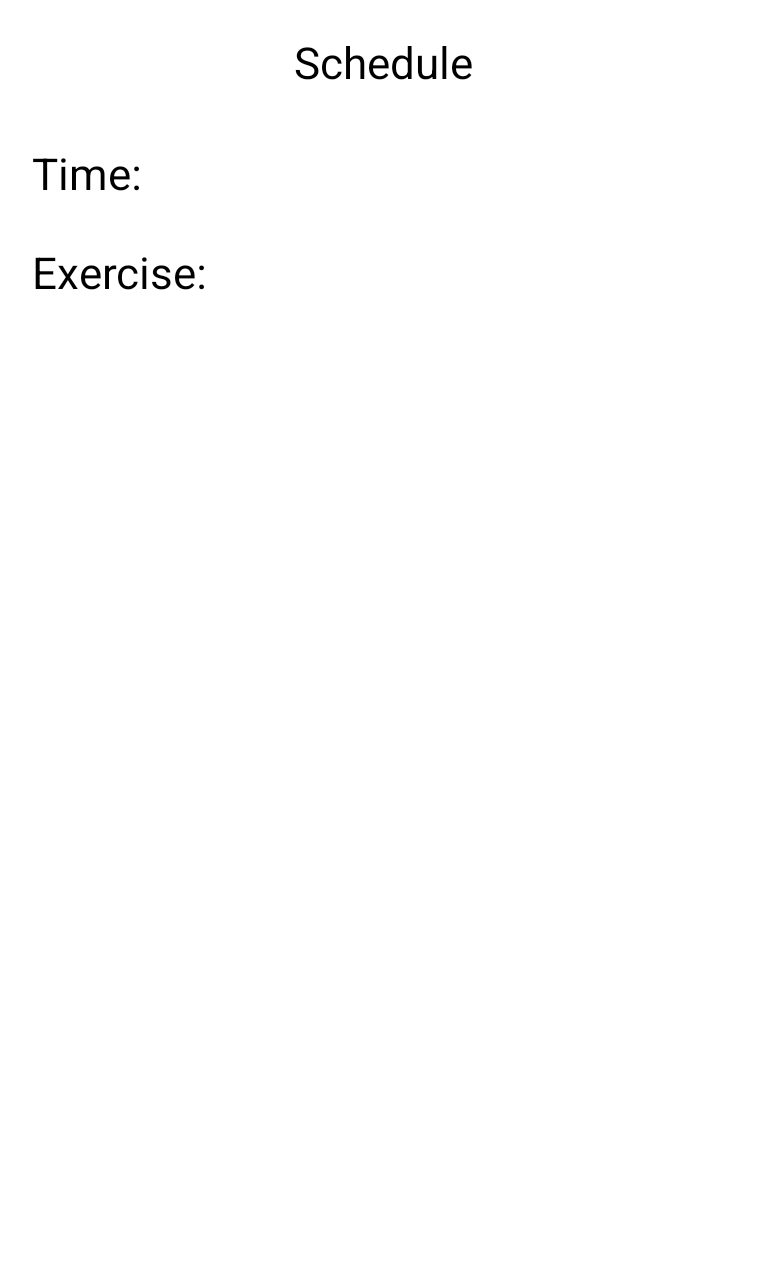
Repository: zi-yang-zhang/ECSE424-Group8
Layout: Hi Fi Prototype/ReHand/ReHand/res/layout/activity_schedule_page.xml
An editor plug-in stored every save of this project. The layout is shown before and after the next save, followed by the edit.
It is drawn on a 768 x 1280 px phone screen (xhdpi) without system bars, with theme AppTheme; the app's code is not run.

Above is the layout before, as saved 2014-02-20 04:54:27.

### Hi Fi Prototype/ReHand/ReHand/res/layout/activity_schedule_page.xml
<RelativeLayout xmlns:android="http://schemas.android.com/apk/res/android"
    xmlns:tools="http://schemas.android.com/tools"
    android:layout_width="match_parent"
    android:layout_height="match_parent"
    android:paddingBottom="@dimen/activity_vertical_margin"
    android:paddingLeft="@dimen/activity_horizontal_margin"
    android:paddingRight="@dimen/activity_horizontal_margin"
    android:paddingTop="@dimen/activity_vertical_margin"
    tools:context=".SchedulePage" >

    <TextView
        android:id="@+id/textView3"
        android:layout_width="wrap_content"
        android:layout_height="wrap_content"
        android:layout_alignParentTop="true"
        android:layout_centerHorizontal="true"
        android:text="@string/schedule"
        android:textAppearance="?android:attr/textAppearanceLarge" />

    <TextView
        android:id="@+id/textView2"
        android:layout_width="wrap_content"
        android:layout_height="wrap_content"
        android:layout_alignParentLeft="true"
        android:layout_below="@+id/textView1"
        android:layout_marginTop="20dp"
        android:text="@string/schedule_exercise"
        android:textAppearance="?android:attr/textAppearanceLarge" />

    <TextView
        android:id="@+id/textView1"
        android:layout_width="wrap_content"
        android:layout_height="wrap_content"
        android:layout_alignLeft="@+id/textView2"
        android:layout_below="@+id/textView3"
        android:layout_marginTop="26dp"
        android:text="@string/schedule_time"
        android:textAppearance="?android:attr/textAppearanceLarge" />

</RelativeLayout>

### Hi Fi Prototype/ReHand/ReHand/res/values/strings.xml
<?xml version="1.0" encoding="utf-8"?>
<resources>

    <string name="app_name">ReHand</string>
    <string name="action_settings">Settings</string>
    <string name="hello_world">Hello world!</string>
    <string name="greeting_words">Welcome To ReHand</string>
    <string name="touch_screen_instructions">Tap on either button to continue</string>
    <string name="sign_up">Sign Up now!</string>
    <string name="log_in">Log In!</string>
    <string name="title_activity_home_page">HomePage</string>
    <string name="greeting_home_page">Welcome Back!</string>
    <string name="exercises">Exercises</string>
    <string name="schedule">Schedule</string>
    <string name="title_activity_exercise_list_page">ExerciseListPage</string>
    <string name="title_activity_schedule_page">SchedulePage</string>
    <string name="exercise_botton_text_claw_stretch">Claw Stretch</string>
    <string name="title_activity_claw_stretch_page">ClawStretchPage</string>
    <string name="exercise_level_text">"Level: "</string>
    <string name="claw_stretch_level">I</string>
    <string name="exercise_botton_schedule">Schedule</string>
    <string name="exercise_tutorial_check_box">Show Tutorial?</string>
    <string name="exercise_start_botton_text">Start!</string>
    <string name="title_activity_claw_stretch_exercise">ClawStretchExercise</string>
    <string name="test_end_game">End Game</string>
    <string name="title_activity_claw_stretch_tutorial_page">ClawStretchTutorialPage</string>
    <string name="title_activity_claw_stretch_result">ClawStretchResult</string>
    <string name="exercise_text_arm_rotation">Arm Rotation</string>
    <string name="excercise_text_elbow_extension">Elbow Extension</string>
    <string name="arm_rotation_level">I</string>
    <string name="elbow_extension_level">I</string>
    <string name="exercise_text_finger_grip">Finger Grip</string>
    <string name="finger_grip_level">I</string>
    <string name="exercise_text_open_and_close">Open And Close</string>
    <string name="open_and_close_level">I</string>
    <string name="exercise_text_finger_lift">Finger Lift</string>
    <string name="finger_lift_level">I</string>
    <string name="exercise_text_radial_deviation">Radial Deviation</string>
    <string name="wrist_flex_level">I</string>
    <string name="exercise_text_wrist_flex">Wrist Flex</string>
    <string name="exercise_text_thumb_stretch">Thumb Stretch</string>
    <string name="thumb_stretch_level">I</string>
    <string name="radial_deviation_level">I</string>
    <string name="tutorial_text">tutorial</string>
    <string name="exercise_text_elbow_extension">Elbow Extension</string>
    <string name="title_activity_arm_rotation_exercise">ArmRotationExercise</string>
    <string name="title_activity_arm_rotation_page">ArmRotationPage</string>
    <string name="title_activity_arm_rotation_result">ArmRotationResult</string>
    <string name="title_activity_arm_rotation_tutorial_page">ArmRotationTutorialPage</string>
    <string name="title_activity_elbow_extension_exercise">ElbowExtensionExercise</string>
    <string name="title_activity_elbow_extension_page">ElbowExtensionPage</string>
    <string name="title_activity_elbow_extension_result">ElbowExtensionResult</string>
    <string name="title_activity_elbow_extension_tutorial_page">ElbowExtensionTutorialPage</string>
    <string name="title_activity_finger_grip_exercise">FingerGripExercise</string>
    <string name="title_activity_finger_grip_page">FingerGripPage</string>
    <string name="title_activity_finger_grip_result">FingerGripResult</string>
    <string name="title_activity_finger_grip_tutorial_page">FingerGripTutorialPage</string>
    <string name="title_activity_finger_lift_exercise">FingerLiftExercise</string>
    <string name="title_activity_finger_lift_page">FingerLiftPage</string>
    <string name="title_activity_finger_lift_result">FingerLiftResult</string>
    <string name="title_activity_finger_lift_tutorial_page">FingerLiftTutorialPage</string>
    <string name="title_activity_open_and_close_exercise">OpenAndCloseExercise</string>
    <string name="title_activity_open_and_close_page">OpenAndClosePage</string>
    <string name="title_activity_open_and_close_result">OpenAndCloseResult</string>
    <string name="title_activity_open_and_close_tutorial_page">OpenAndCloseTutorialPage</string>
    <string name="title_activity_radial_deviation_exercise">RadialDeviationExercise</string>
    <string name="title_activity_radial_deviation_page">RadialDeviationPage</string>
    <string name="title_activity_radial_deviation_result">RadialDeviationResult</string>
    <string name="title_activity_radial_deviation_tutorial_page">RadialDeviationTutorialPage</string>
    <string name="title_activity_thumb_stretch_exercise">ThumbStretchExercise</string>
    <string name="title_activity_thumb_stretch_page">ThumbStretchPage</string>
    <string name="title_activity_thumb_stretch_result">ThumbStretchResult</string>
    <string name="title_activity_thumb_stretch_tutorial_page">ThumbStretchTutorialPage</string>
    <string name="title_activity_wrist_flex_exercise">WristFlexExercise</string>
    <string name="title_activity_wrist_flex_page">WristFlexPage</string>
    <string name="title_activity_wrist_flex_result">WristFlexResult</string>
    <string name="title_activity_wrist_flex_tutorial_page">WristFlexTutorialPage</string>
    <string name="result_text_this_time">This Time:</string>
    <string name="result_text_personal_best">Personal Best:</string>
    <string name="result_exercises_button_text">Exercises</string>
    <string name="progress">Progress</string>
    <string name="progress_text_title">Progress</string>
    <string name="progress_text_view_details">View Details</string>
    <string name="title_activity_progress_page">ProgressPage</string>
    <string name="title_activity_details_page">DetailsPage</string>
    <string name="progress_arm_rotation">Not Done</string>
    <string name="progress_claw_stretch">Not Done</string>
    <string name="progress_elbow_extension">Not Done</string>
    <string name="progress_finger_grip">Not Done</string>
    <string name="progress_finger_lift">Not Done</string>
    <string name="progress_open_and_close">Not Done</string>
    <string name="progress_radial_deviation">Not Done</string>
    <string name="progress_thumb_stretch">Not Done</string>
    <string name="progress_wrist_flex">Not Done</string>
    <string name="zero_percent">0%</string>
    <string name="schedule_time">Time:</string>
    <string name="schedule_exercise">Exercise:</string>
    <string name="schedule_set">Set</string>

</resources>

Loaded but not shown: Hi Fi Prototype/ReHand/ReHand/res/values/styles.xml (common file); Hi Fi Prototype/ReHand/ReHand/res/values-v11/styles.xml (common file); Hi Fi Prototype/ReHand/ReHand/res/values-v14/styles.xml (common file); Hi Fi Prototype/ReHand/ReHand/res/values/dimens.xml (common file)

After the next save:
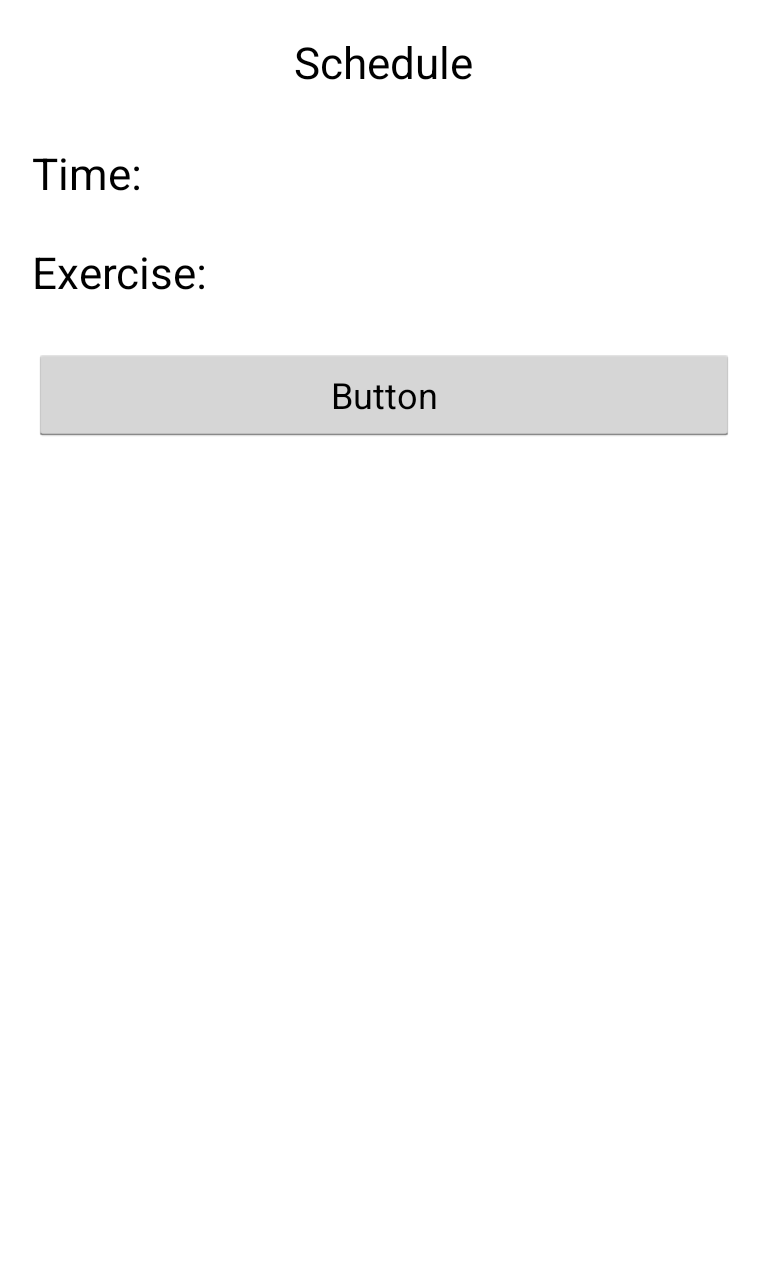
Saved 2 s later.
--- a/Hi Fi Prototype/ReHand/ReHand/res/layout/activity_schedule_page.xml
+++ b/Hi Fi Prototype/ReHand/ReHand/res/layout/activity_schedule_page.xml
@@ -37,4 +37,14 @@
         android:text="@string/schedule_time"
         android:textAppearance="?android:attr/textAppearanceLarge" />
 
+    <Button
+        android:id="@+id/button1"
+        android:layout_width="wrap_content"
+        android:layout_height="wrap_content"
+        android:layout_alignParentLeft="true"
+        android:layout_alignParentRight="true"
+        android:layout_below="@+id/textView2"
+        android:layout_marginTop="23dp"
+        android:text="Button" />
+
 </RelativeLayout>
